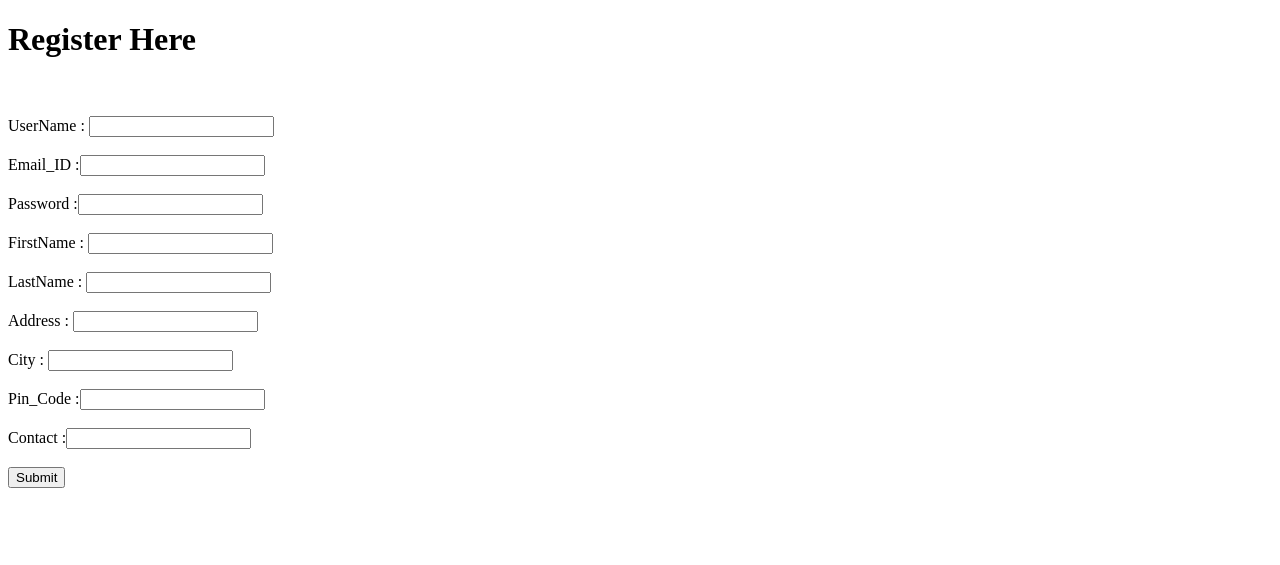
Repository: sunil965/JavaRepo
Page: WebProject/WebContent/registration.html
An editor plug-in stored every save of this project. The page is shown before and after the next save, followed by the edit.
The browser window is 1280 px wide. The pictures show the whole page.

Above is the page before, as saved 2017-04-26 12:32:38.

After the next save:
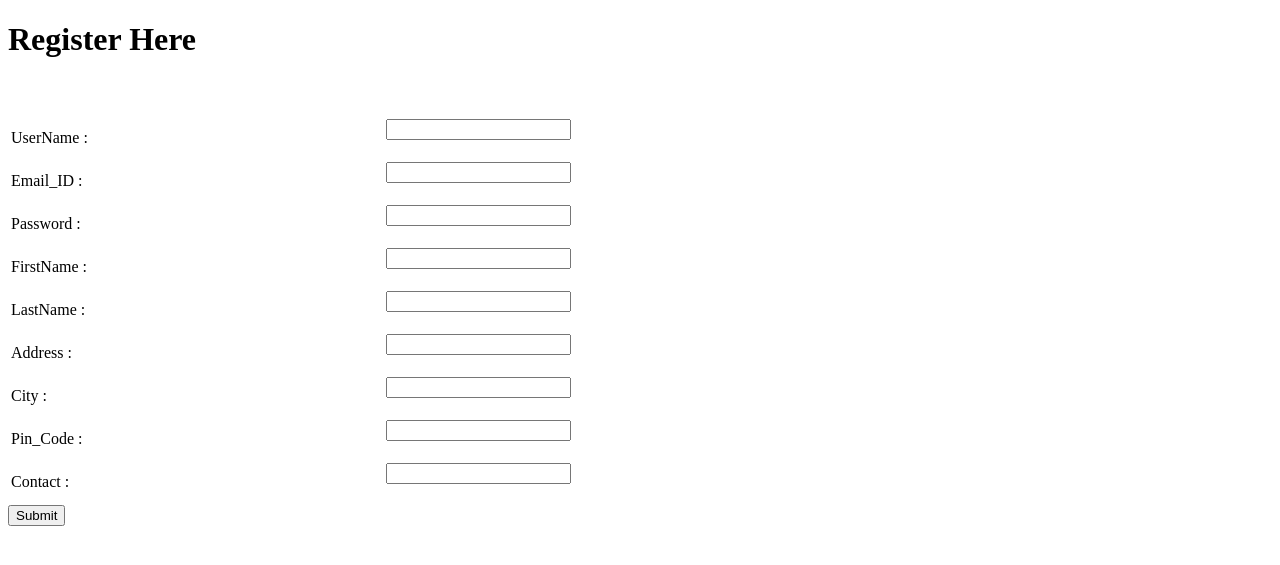
Saved 10 min 14 s later.
--- a/WebProject/WebContent/registration.html
+++ b/WebProject/WebContent/registration.html
@@ -7,10 +7,47 @@
 <body>
 <h1>Register Here</h1>
 <div>
-	<table>
+	<form action="RegisterServlet" method="post"><br><br>
+	<table style="width:100%">
+  <tr>
+    <td>UserName :</td>
+    <td><input type="text" name="user"/><br><br></td>
+  </tr>
+  <tr>
+    <td>Email_ID :</td>
+    <td><input type="text" name="eid"/><br><br></td>
+  </tr>
+  <tr>
+    <td>Password :</td>
+    <td><input type="password" name="pwd"/><br><br></td>
+  </tr>
+  <tr>
+    <td>FirstName :</td>
+    <td><input type="text" name="fname"/><br><br></td>
+  </tr>
+  <tr>
+    <td>LastName :</td>
+    <td><input type="text" name="lname"/><br><br></td>
+  </tr>
+  <tr>
+    <td>Address :</td>
+    <td><input type="text" name="address"/><br><br></td>
+  </tr>
+  <tr>
+    <td>City :</td>
+    <td><input type="text" name="city"/><br><br></td>
+  </tr>
+  <tr>
+    <td>Pin_Code :</td>
+    <td><input type="text" name="state"/><br><br></td>
+  </tr>
+  <tr>
+    <td>Contact :</td>
+    <td><input type="text" name="contact"/><br><br></td>
+  </tr>
+</table>
 
-	</table>
-	<form action="RegisterServlet" method="post"><br><br>
+	<!-- <form action="RegisterServlet" method="post"><br><br>
 	 UserName : <input type="text" name="user"/><br><br>
 	 Email_ID :<input type="text" name="eid"/><br><br>
 	 Password :<input type="password" name="pwd"/><br><br>
@@ -20,7 +57,7 @@
 	 City : <input type="text" name="city"/><br><br>
 	 Pin_Code :<input type="text" name="state"/><br><br>
 	 Contact :<input type="text" name="contact"/><br><br>
-	 <input type="Submit">
+ -->	 <input type="Submit">
 	</form>
 </div>
 
